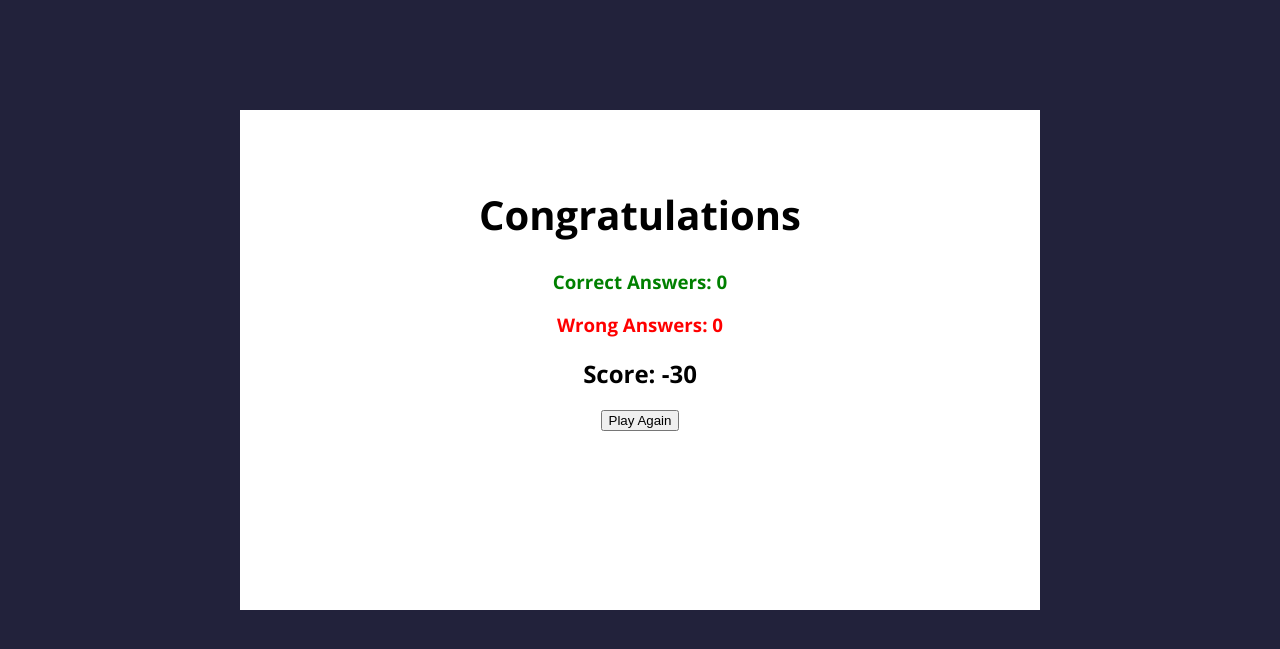
Repository: Wanglongzhi2001/Learn-javascript
Page: quiz/quiz.html
An editor plug-in stored every save of this project. The page is shown before and after the next save, followed by the edit.
The browser window is 1280 px wide. The pictures show the whole page.

Above is the page before, as saved 2023-02-02 19:45:55.

After the next save:
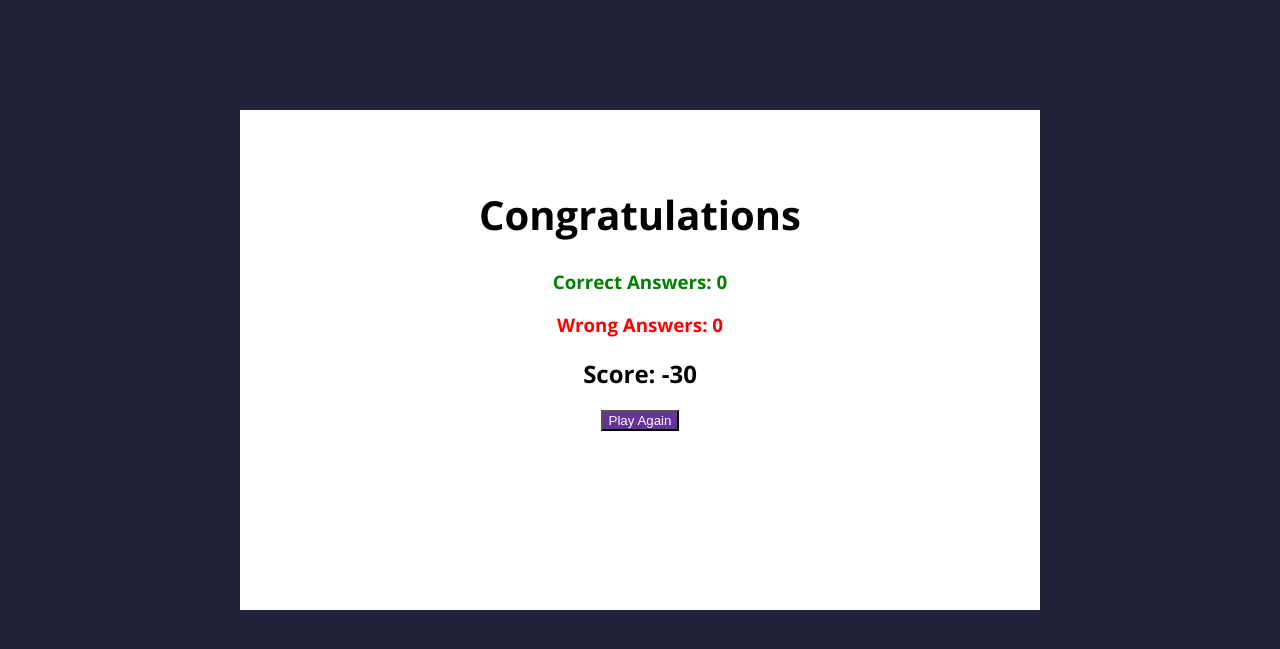
Saved 76 s later.
--- a/quiz/quiz.css
+++ b/quiz/quiz.css
@@ -60,3 +60,8 @@ body{
 .wrong{
     color: red;
 }
+
+.play{
+    color: white;
+    background-color: rebeccapurple;
+}
